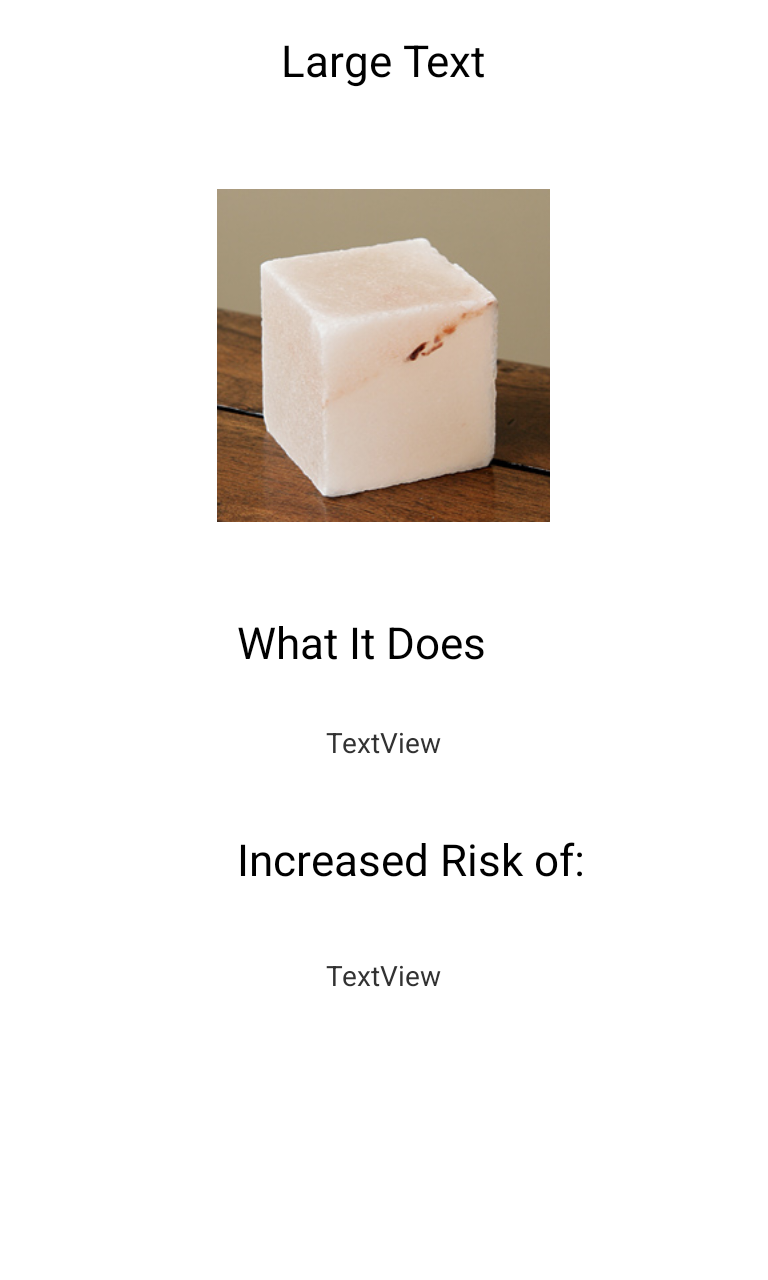
Repository: sehmon/workspace-eclipse
Layout: WhatAmIEating/res/layout/activity_detail.xml
These files come from the project's save history. The layout is drawn as it stood at one moment and after the next save; the edit follows.
It is drawn on a 768 x 1280 px phone screen (xhdpi) without system bars, with theme android:Theme.Holo.Light.NoActionBar.Fullscreen; the app's code is not run.

Above is the layout before, as saved 2014-04-13 16:07:32.

### WhatAmIEating/res/layout/activity_detail.xml
<RelativeLayout xmlns:android="http://schemas.android.com/apk/res/android"
    xmlns:tools="http://schemas.android.com/tools"
    android:id="@+id/container"
    android:layout_width="match_parent"
    android:layout_height="match_parent"
    android:orientation="vertical" >

    <TextView
        android:id="@+id/textView2"
        android:layout_width="wrap_content"
        android:layout_height="wrap_content"
        android:layout_alignParentTop="true"
        android:layout_centerHorizontal="true"
        android:layout_marginTop="15dp"
        android:text="Large Text"
        android:textAppearance="?android:attr/textAppearanceLarge" />

    <ImageView
        android:id="@+id/imageView1"
        android:layout_width="wrap_content"
        android:layout_height="wrap_content"
        android:layout_below="@+id/textView2"
        android:layout_centerHorizontal="true"
        android:layout_marginTop="50dp"
        android:src="@drawable/salt" />

    <TextView
        android:id="@+id/textView1"
        android:layout_width="wrap_content"
        android:layout_height="wrap_content"
        android:layout_alignRight="@+id/textView2"
        android:layout_below="@+id/imageView1"
        android:layout_marginTop="45dp"
        android:text="What It Does"
        android:textAppearance="?android:attr/textAppearanceLarge" />

    <TextView
        android:id="@+id/textView3"
        android:layout_width="wrap_content"
        android:layout_height="wrap_content"
        android:layout_below="@+id/textView1"
        android:layout_centerHorizontal="true"
        android:layout_marginTop="26dp"
        android:text="TextView" />

    <TextView
        android:id="@+id/textView4"
        android:layout_width="wrap_content"
        android:layout_height="wrap_content"
        android:layout_alignLeft="@+id/textView1"
        android:layout_below="@+id/textView3"
        android:layout_marginTop="34dp"
        android:text="Increased Risk of:"
        android:textAppearance="?android:attr/textAppearanceLarge" />

    <TextView
        android:id="@+id/textView5"
        android:layout_width="wrap_content"
        android:layout_height="wrap_content"
        android:layout_alignRight="@+id/textView3"
        android:layout_below="@+id/textView4"
        android:layout_marginTop="34dp"
        android:text="TextView" />

</RelativeLayout>

After the next save:
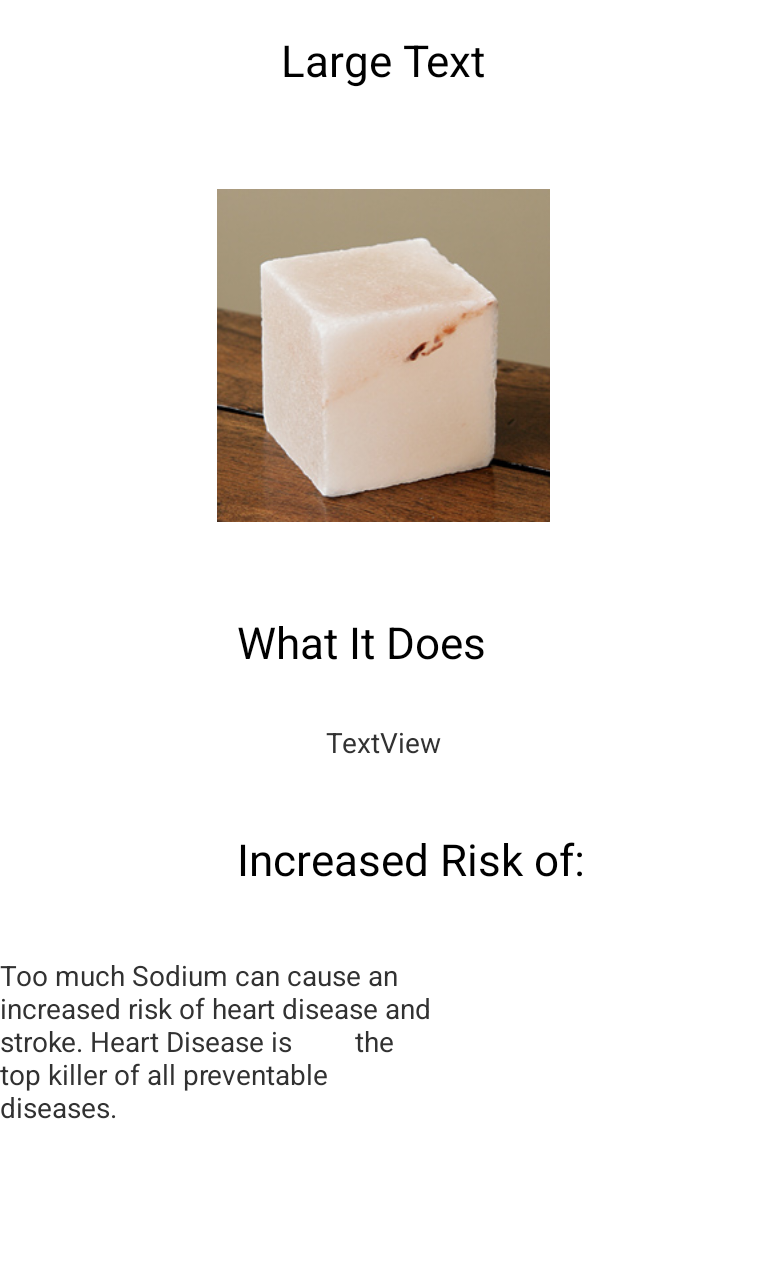
Saved 63 s later.
--- a/WhatAmIEating/res/layout/activity_detail.xml
+++ b/WhatAmIEating/res/layout/activity_detail.xml
@@ -60,6 +60,7 @@
         android:layout_alignRight="@+id/textView3"
         android:layout_below="@+id/textView4"
         android:layout_marginTop="34dp"
-        android:text="TextView" />
+        android:text="Too much Sodium can cause an increased risk of heart disease and stroke. Heart Disease is
+        the top killer of all preventable diseases." />
 
 </RelativeLayout>
